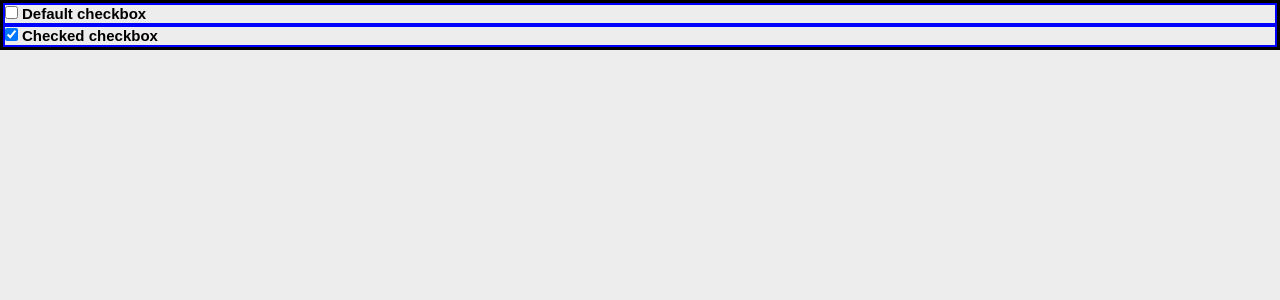
Repository: Grace229/Hasob-form
Page: index.html
These files come from the project's save history. The page is drawn as it stood at one moment and after the next save; the edit follows.
The browser window is 1280 px wide. The pictures show the whole page.

Above is the page before, as saved 2020-12-26 19:28:09.

After the next save:
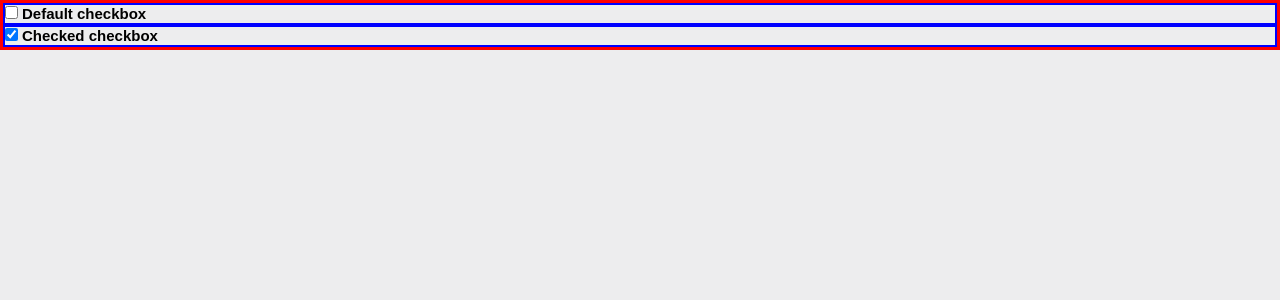
Saved 4 s later.
--- a/style.css
+++ b/style.css
@@ -15,5 +15,5 @@ input{
     border: solid 2px blue;
 }
 .container{
-    border: solid ;
+    border: solid 3px red;
 }
